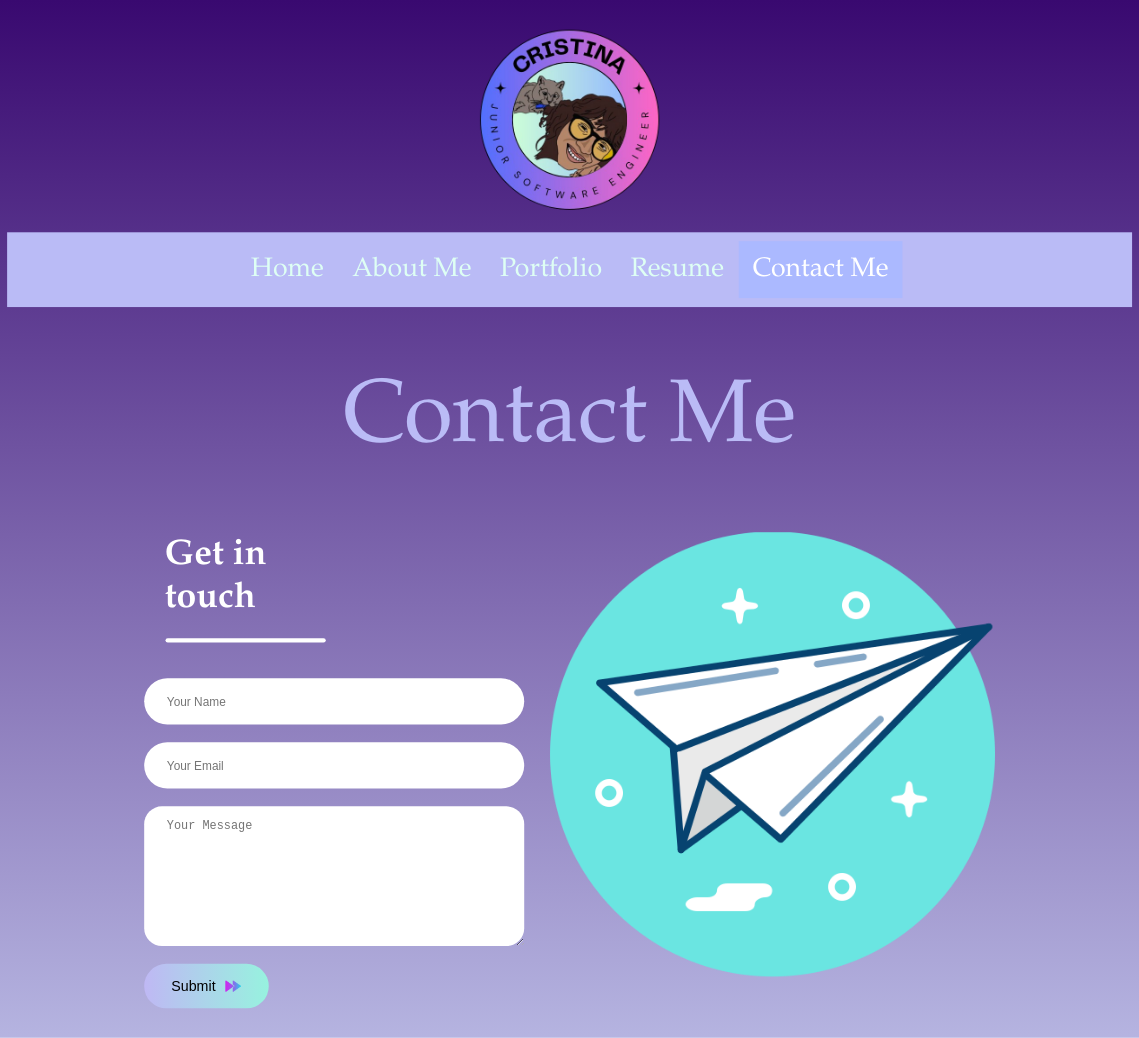
Repository: cristinahh/testing
Page: http://localhost/contact
An editor plug-in stored every save of this project. The page is shown before and after the next save, followed by the edit.
The browser window is 1280 px wide. The pictures show the whole page, at 89% of full size.
The page is served by the project's application, run on Flask 3 (app.py).

Above is the page before, as saved 2024-11-23 09:20:05.

After the next save:
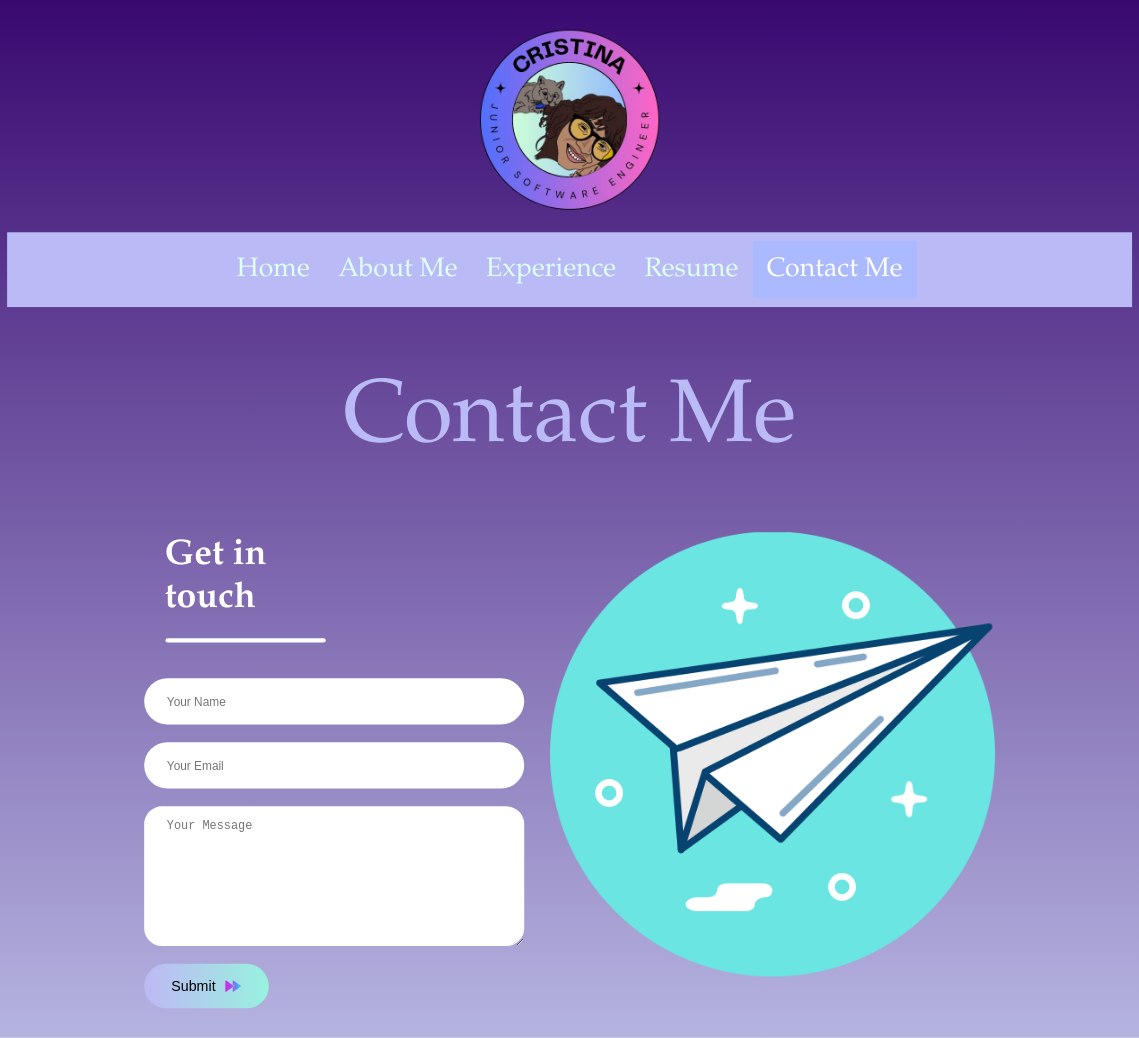
Saved 14 s later.
--- a/templates/contact.html
+++ b/templates/contact.html
@@ -22,7 +22,7 @@
   <div class="topnav">
     <a href="{{ url_for('hello_world') }} ">Home</a>
     <a href="{{ url_for('aboutme')}}">About Me</a>
-    <a href="{{ url_for('portfolio')}}">Portfolio</a>
+    <a href="{{ url_for('portfolio')}}">Experience</a>
     <a href="{{ url_for('resume')}}"> Resume</a>
     <a class="active" href="{{url_for('contact')}}">Contact Me</a>
   </div>
